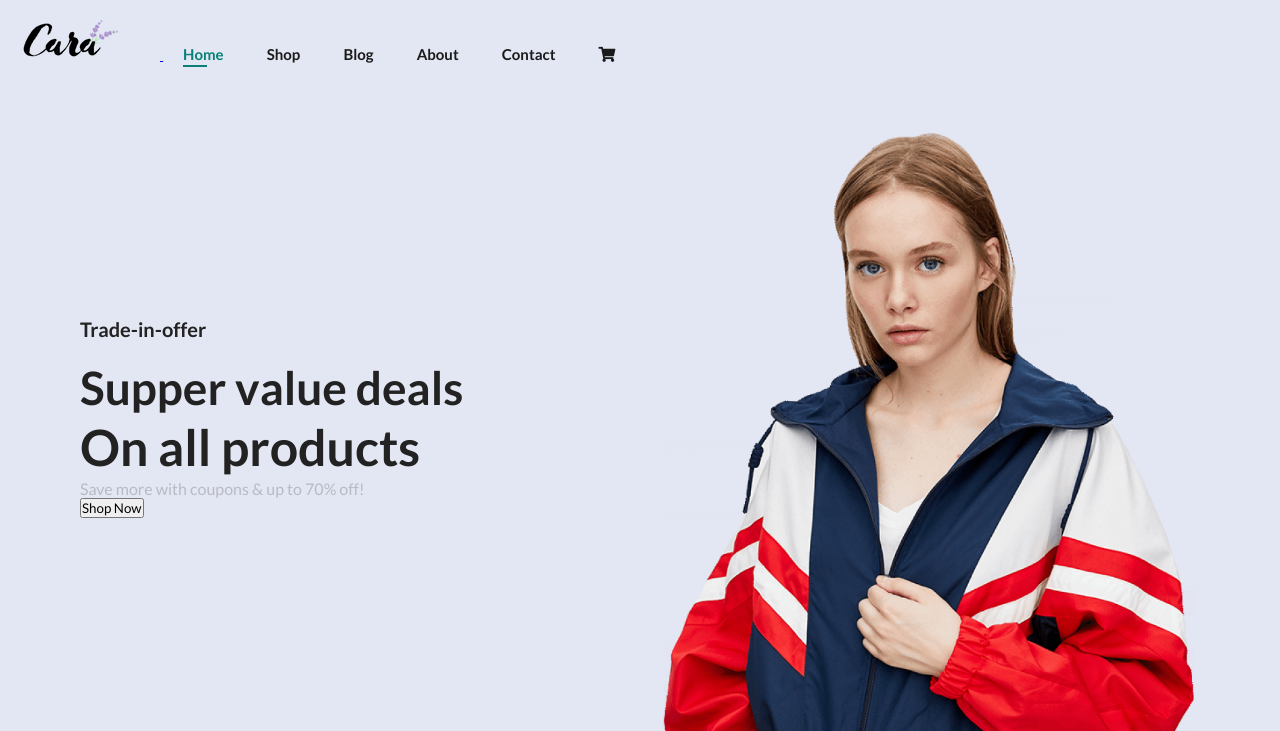
Repository: Nguyenductuan-dev/Website-Clothes
Page: index.html
The author's editor kept a copy of each file at every save. The page is drawn from the files as they stood at one save, then again after the next save.
The browser window is 1280 px wide. The pictures show the whole page.

Above is the page before, as saved 2022-04-22 20:58:07.

### index.html
<!DOCTYPE html>
<html lang="en">
<head>
    <meta charset="UTF-8">
    <meta http-equiv="X-UA-Compatible" content="IE=edge">
    <meta name="viewport" content="width=device-width, initial-scale=1.0">
    <link rel="shortcut icon" href="assets/imgs/favicon.png" type="image/x-icon">
    <link rel="stylesheet" href="https://cdnjs.cloudflare.com/ajax/libs/font-awesome/5.15.1/css/all.min.css" />
    <link rel="preconnect" href="https://fonts.googleapis.com">
    <link rel="preconnect" href="https://fonts.gstatic.com" crossorigin>
    <link href="https://fonts.googleapis.com/css2?family=Lato:wght@400;700&family=Montserrat:ital,wght@0,200;0,300;0,400;0,500;0,600;0,700;1,600&display=swap" rel="stylesheet">
    <link rel="stylesheet" href="assets/css/style.css">
    <title>Website Clothes</title>
</head>
<body>
    <!-- ======================= HEADER ====================== -->
    <header class="header " id="header">
        <div class="header__container">
            <a href="index.html" class="header__logo">
                <img src="assets/images/logo.png" alt="" class="header__logo-img">
            </a>

            <div class="navbar" id="navbar">
                <ul class="navbar__list">
                    <li class="navbar__item ">
                        <a href="index.html" class="navbar__link navbar__active">Home</a>
                    </li>
                    <li class="navbar__item">
                        <a href="shop.html" class="navbar__link">Shop</a>
                    </li>
                    <li class="navbar__item">
                        <a href="blog.html" class="navbar__link">Blog</a>
                    </li>
                    <li class="navbar__item">
                        <a href="about.html" class="navbar__link">About</a>
                    </li>
                    <li class="navbar__item">
                        <a href="contact.html" class="navbar__link">Contact</a>
                    </li>
                    <li class="navbar__item">
                        <a href="cart.html" class="navbar__link">
                            <i class="fas fa-shopping-cart"></i>
                        </a>
                    </li>
                </ul>
            </div>
        </div>
    </header>

    <!-- ======================= BANNER ====================== -->
    <section class="banner" id="banner">
        <h4>Trade-in-offer</h4>
        <h2>Supper value deals</h2>
        <h1>On all products</h1>
        <p>Save more with coupons & up to 70% off!</p>
        <button class="btn">
            Shop Now
        </button>
    </section>

    <script src="assets/js/main.js"></script>
</body>
</html>

### assets/css/style.css
* {
    margin: 0;
    padding: 0;
    box-sizing: border-box;
    font-family: 'Lato', sans-serif;
}
h1 {
    font-size: 50px;
    line-height: 64px;
    color: #222;
}
h2 {
    font-size: 46px;
    line-height: 54px;
    color: #222;
}

h4 {
    font-size: 20px;
    line-height: 64px;
    color: #222;
}
h6 {
    font-weight: 700;
    font-size: 12px;
}
p {
    font-size: 16px;
    color: #4444;
}
body {
    width: 100%;
}

.container {
    max-width: 1200px;
}
/* ================ HEADER =================== */
.header {
    display: flex;
    justify-content: space-between;
    align-items: center;
    padding: 20px;
    background-color: #e3e6f3;
    box-shadow: 0 5px 15px rgba(0, 0, 0, .06);
}
.navbar {
    display: inline-block;
}
.navbar__item {
    display: inline-block;
    list-style: none;
    padding: 0 20px;
    position: relative;
}
.navbar__link {
    text-decoration: none;
    color: #1a1a1a;
   font-size: 15px;
   font-weight: 600;
   transition: .3s ease;

}
.navbar__link:hover,
.navbar__link.navbar__active {
    color: #088178;
}
.navbar__active::after,
.navbar__link:hover::after {
    content: '';
    width: 30%;
    height: 2px;
    background-color: #088178;
    position: absolute;
    bottom: -4px;
    left: 20px;
}
/* ================ BANNER =================== */
.banner {
    background-image: url('../images/hero4.png');
    width: 100%;
    height: 90vh;
    background-position: top 25% right 0;
    background-size: cover;
    padding: 0 80px;
    display: flex;
    flex-direction: column;
    align-items: flex-start;
    justify-content: center;
}

Loaded but not shown: assets/js/main.js (no stored copy; drawn as an empty file)

After the next save:
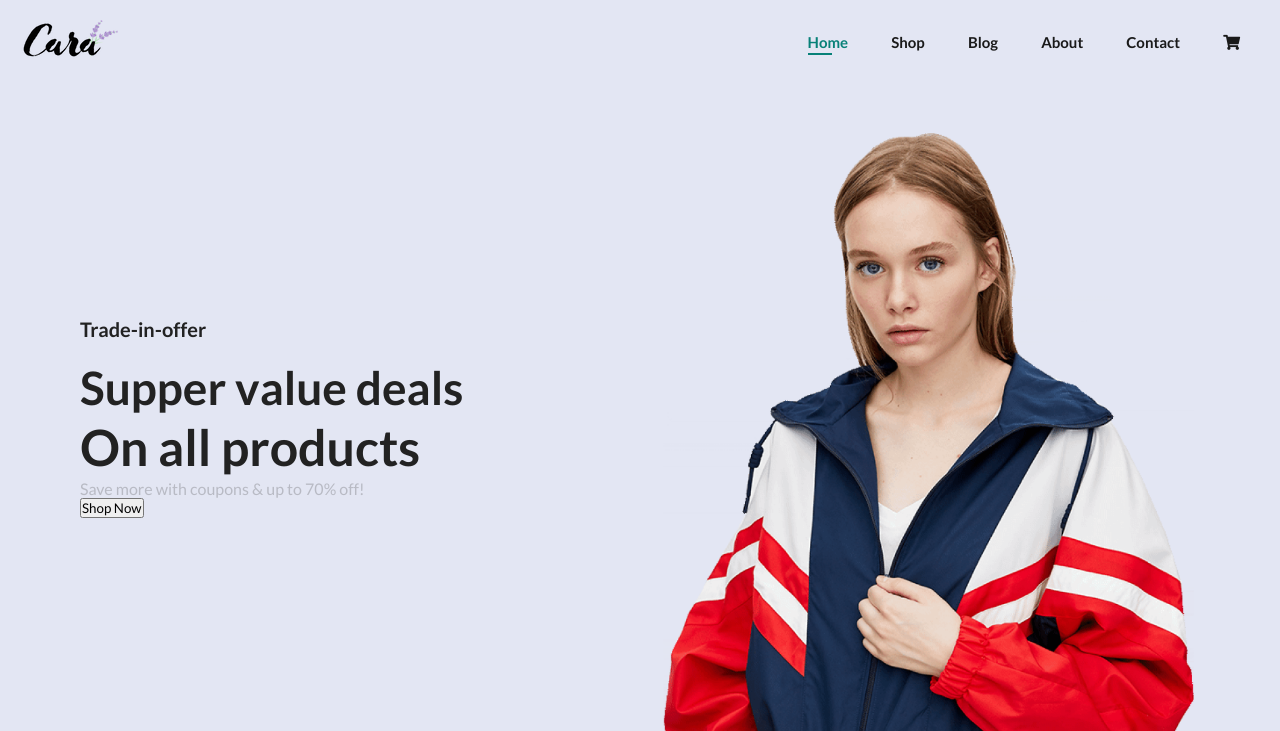
Saved 24 s later.
--- a/assets/css/style.css
+++ b/assets/css/style.css
@@ -32,11 +32,8 @@ body {
     width: 100%;
 }
 
-.container {
-    max-width: 1200px;
-}
 /* ================ HEADER =================== */
-.header {
+.header__container {
     display: flex;
     justify-content: space-between;
     align-items: center;
